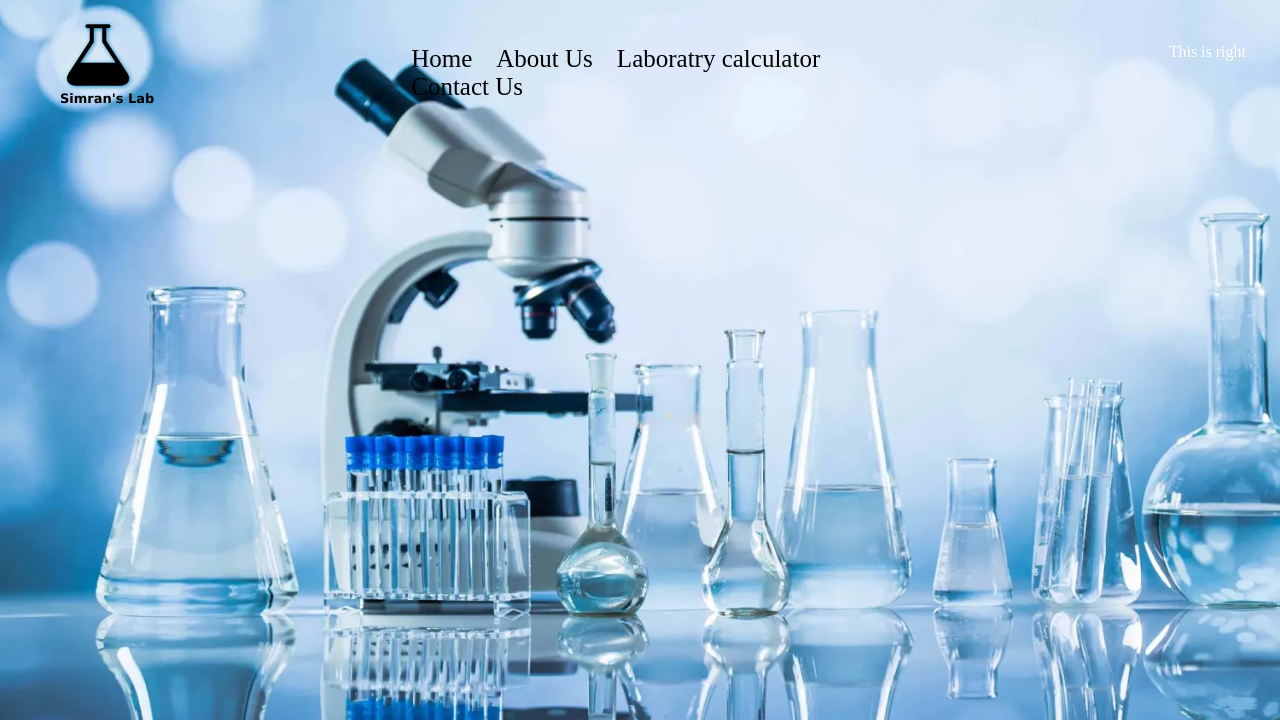
Repository: raisingh22/Simranlearning
Page: html css java/website/index.html
The author's editor kept a copy of each file at every save. The page is drawn from the files as they stood at one save, then again after a run of saves.
The browser window is 1280 px wide. The pictures show the whole page.

Above is the page before, as saved 2024-01-01 18:52:27.

### html css java/website/index.html
<!DOCTYPE html>
<html lang="en">
<head>
    <meta charset="UTF-8">
    <meta name="viewport" content="width=device-width, initial-scale=1.0">
    <title>Simran's Lab</title>
</head>
<link rel="stylesheet" href="css/style.css">
<style>
    body {
        /* font-family: Impact, Haettenschweiler, 'Arial Narrow Bold', sans-serif; */
        color : white;
        padding: 0px;
        margin: 0px;
        background: url('img/bg2.webp');
        background-size:     cover;
        background-repeat:   no-repeat;
        }
    .left {
        display: inline-block;
        position: absolute;
        left: 60px;
        top: 20px;
        /* background-color: rgba(250, 235, 215, 0.943); */
        /* border: 2px solid #dad5d573; */
    }
    .left img{
        width: 76px;
        height: 70px;
        /* box-shadow: 10px 10px 20px rgb(167, 39, 39); */
        filter: drop-shadow(1px 1px 2px rgb(29, 144, 197));
        /* filter: invert(100%); */
    }
    .left div {
        font-family: 'Lucida Sans', 'Lucida Sans Regular', 'Lucida Grande', 'Lucida Sans Unicode', Geneva, Verdana, sans-serif;
        line-height: 9px;
        font-size: 13px;
        font-weight: bolder;
        color: black;
        text-align: center;
    }
    .mid{
        display: block;
        width: 42%;
        margin: 29px auto;
        /* border: 2px solid #427e56; */
        /* background-color: #b7b1b164; */
    }
    .right {
        position: absolute;
        right: 34px;
        top: 43px;
        display: inline-block;
        /* border: 2px solid #f058ed; */

    }
    .navbar{
        display: inline-block;
        /* padding: 0px 25px; */
    }
    .navbar li{
        display: inline-block;
        font-size: 25px;
        margin-right: 20px;
        /* border: 1px solid rgb(214, 161, 161); */
    }
    .navbar li a{
        color: rgb(3, 0, 0);
        text-decoration: none;
        /* padding: 5px 10px; */
        /* margin: ; */
        /* background-color: rgba(0, 0, 0, 0.607); */
    }
    .navbar li a:hover, .navbar li a.active{
        text-decoration: underline;
        color: grey;
    }

</style>
<body>
    <header class="header">
        <div class="left">
            <img src="img/logo2.png" alt="">
            <div>Simran's Lab</div>
        </div>
        <div class="mid">
            <ul class="navbar">
                <li><a href="#">Home</a></li>
                <li><a href="#">About Us</a></li>
                <li><a href="#">Laboratry calculator</a></li>
                <li><a href="#">Contact Us</a></li>
            </ul>

        </div>
        <div class="right">
            This is right

        </div>
    </header>

</body>
</html>

Loaded but not shown: html css java/website/css/style.css (no stored copy; drawn as an empty file)

After the next 3 saves:
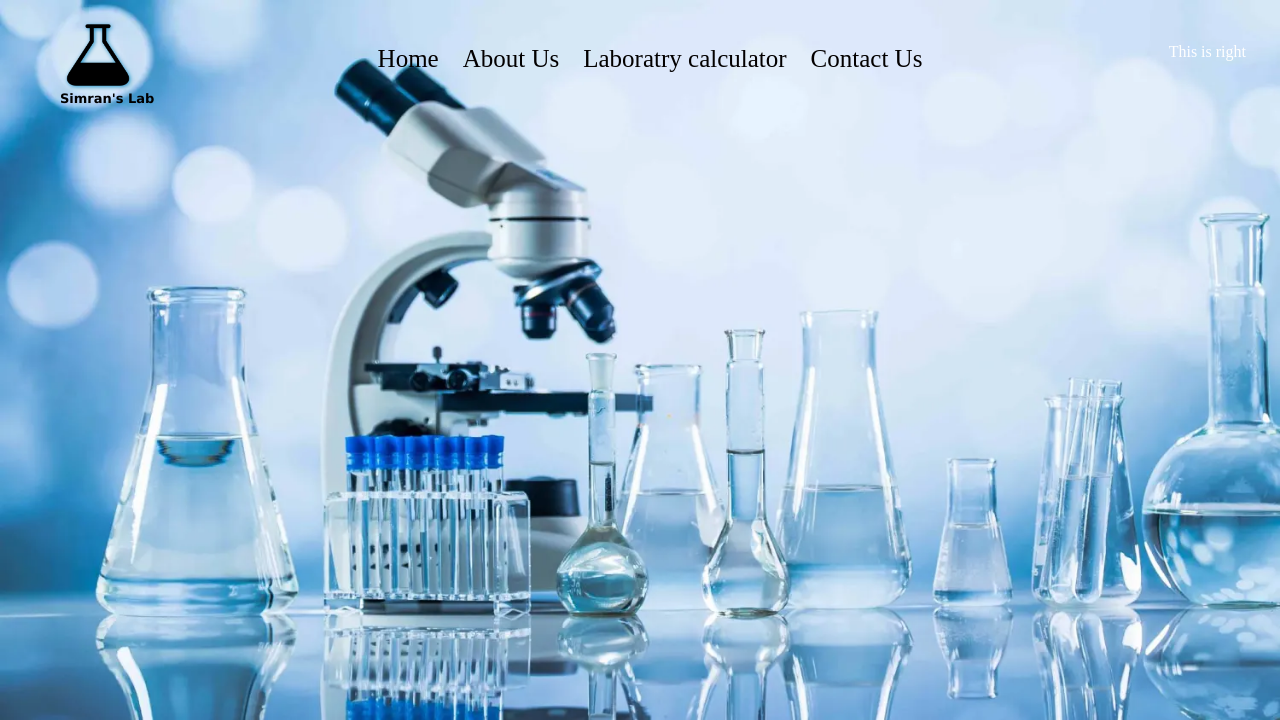
The 3 saves are shown as one change because they came seconds apart.
The last was saved 2 min 59 s later.
--- a/html css java/website/index.html
+++ b/html css java/website/index.html
@@ -41,7 +41,7 @@
     }
     .mid{
         display: block;
-        width: 42%;
+        width: fit-content;
         margin: 29px auto;
         /* border: 2px solid #427e56; */
         /* background-color: #b7b1b164; */
